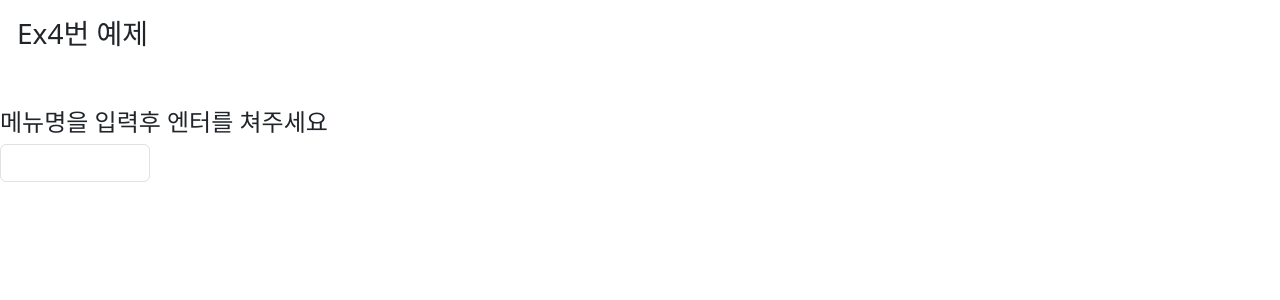
Repository: ssung2sin/sist0615_spring
Page: http://localhost/SpringMvcJson7/jsonex4
An editor plug-in stored every save of this project. The page is shown before and after the next save, followed by the edit.
The browser window is 1280 px wide. The pictures show the whole page.
Some web fonts or font styles are not loaded; a fallback is used. The page is served by Tomcat 9.

Above is the page before, as saved 2023-10-13 01:12:00.

After the next save:
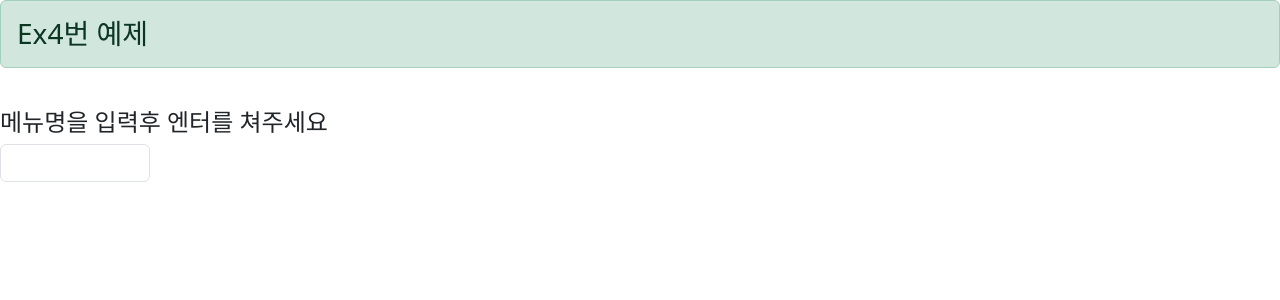
Saved 67 s later.
--- a/SpringMvcJson7/src/main/webapp/WEB-INF/json/ex4.jsp
+++ b/SpringMvcJson7/src/main/webapp/WEB-INF/json/ex4.jsp
@@ -12,7 +12,7 @@
 <title>Insert title here</title>
 </head>
 <body>
-	<h3 class="alert alert-outline-success">Ex4번 예제</h3>
+	<h3 class="alert alert-success">Ex4번 예제</h3>
 	<br>
 	<h4>메뉴명을 입력후 엔터를 쳐주세요</h4>
 	<input type="text" id="search" class="form-control" style="width: 150px;">
